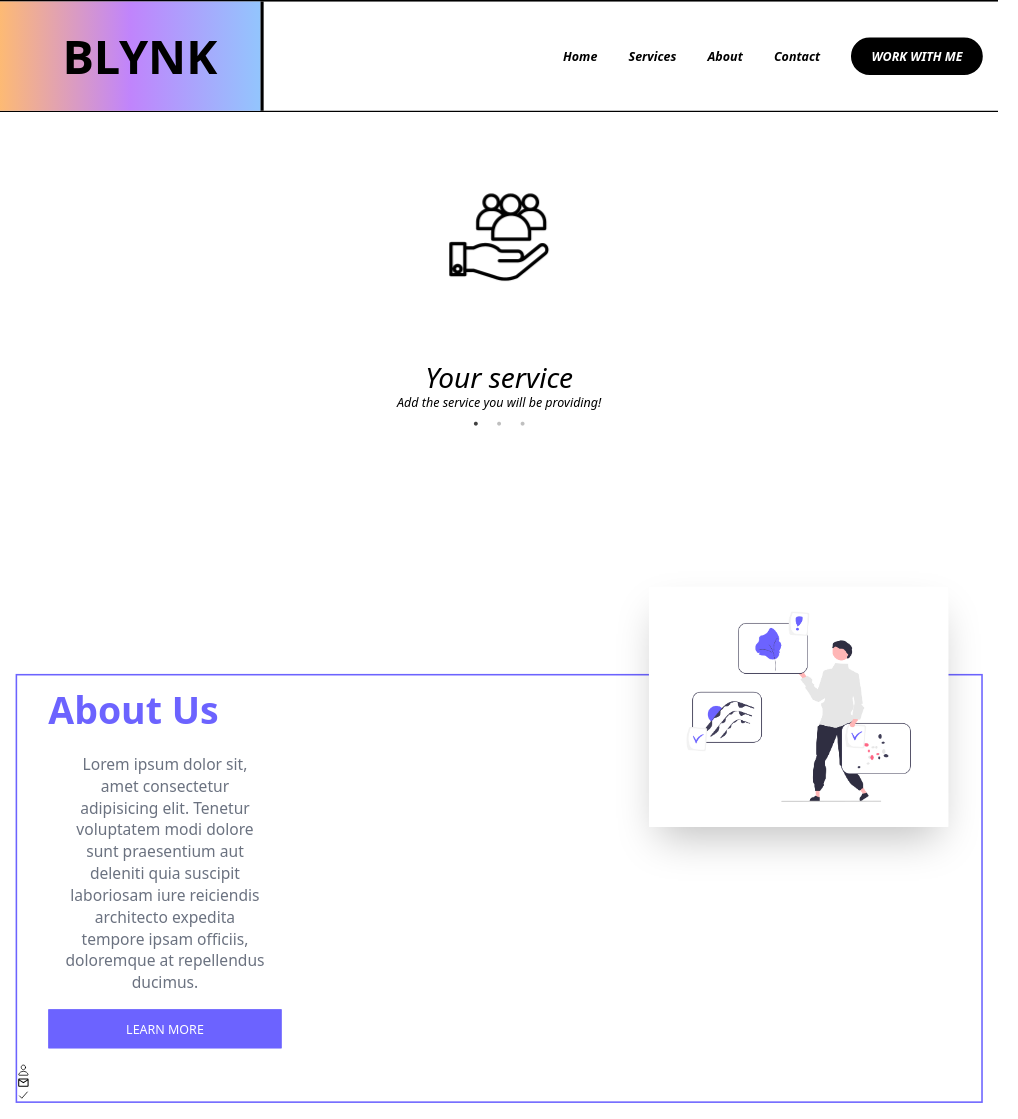
Repository: Al123Kudayyd/eportfolio
Page: /
An editor plug-in stored every save of this project. The page is shown before and after the next save, followed by the edit.
The browser window is 1280 px wide. The page is 1305 px wide, so the pictures cover 1305 px, including what lies to the right of the window. The pictures show the whole page, at 78% of full size.
The project was rebuilt for these pictures with package versions that can differ from the ones it lists, and the page was loaded fresh each time.

Above is the page before, as saved 2024-02-27 07:58:51.

### src/App.js
import logo from './logo.svg';
import './App.css';
import Nav from './components/Nav';
import Services from './components/Services';
import About from './components/About';

function App() {
  return (
    <div className="App">
      <Nav />
      <Services />
      <About />
    </div>
  );
}

export default App;

### src/components/Nav.jsx
import React from 'react'

function Nav() {
  return (
    <div className=' border-y-2 border-black sticky top-0 z-10'>
        <div className='flex justify-between'>
            <h1 className='font-bold py-10 pl-20 lg:text-6xl text-4xl border-r-4 pr-14 border-black bg-gradient-to-r from-orange-300 via-purple-400 to-blue-300'>BLYNK</h1>
            <ul className='italic hidden lg:flex justify-center items-center space-x-10 cursor-pointer mx-5 text-md font-semibold transp'>
                <li className='hover:text-gray-500 transition-all duration-300 '>Home</li>
                <li className='hover:text-gray-500 transition-all duration-300'>Services</li>
                <li className='hover:text-gray-500 transition-all duration-300'>About</li>
                <li className='hover:text-gray-500 transition-all duration-300'>Contact</li>
                <li className='bg-black text-white px-6 py-[10px] border-2 border-black hover:bg-white rounded-3xl
                hover:text-black transition-all duration-300'>
                    WORK WITH ME
                </li>
            </ul>
        </div>
    </div>
  )
}

export default Nav

### src/components/Services.jsx
import React from 'react'
import "slick-carousel/slick/slick.css";
import "slick-carousel/slick/slick-theme.css";
import Slider from "react-slick";
import service from '../assests/service.png'
import service1 from '../assests/service1.png'
import service2 from '../assests/service2.png'

function Services() {
  var settings = {
    dots: true,
    infinite: true,
    speed: 500,
    slidesToShow: 1,
    slidesToScroll: 1,
  };

  return (
    <div className=''>
        <div className='min-h-[400px] lg:min-h-[700px] text-center '>
        <Slider className='text-black  italic' {...settings}>
      <div className='relative'>
        <img src={service} className='w-1/4 translate-x-[150%]' alt="" />
        <h1 className='text-4xl'>Your service</h1>
        <p className='text-md'>Add the service you will be providing!</p>
      </div>
      <div>
        <img src={service1} className='w-1/4 translate-x-[150%]' alt="" />
        <h3 className='text-4xl'>Your Serivce</h3>
        <p className='text-md'>Add the service you will be providing!</p>
      </div>
      <div>
        <img src={service2} className='w-1/4 translate-x-[150%]' alt="" />
        <h3 className='text-4xl'>Your Serivce</h3>
        <p className='text-md'>Add the service you will be providing!</p>
      </div>
      </Slider>
        </div>
    </div>
  )
}

export default Services

### src/components/About.jsx
import React from 'react'
import about from '../assests/about.png'
import AboutService from './AboutService'

function About() {
  return (
    <div className='relative '>
      <div className='relative border-2 border-[#6C63FF] m-5'>
        <div className='pl-10 flex flex-col'>
            <h1 className='text-center absolute  text-[#6C63FF] pt-5 text-5xl font-bold '>
                About Us
            </h1>
            <p className='md:w-1/2 lg:w-1/4 mt-20 text-xl text-gray-500 p-5'>Lorem ipsum dolor sit, amet consectetur adipisicing elit. Tenetur voluptatem modi dolore sunt praesentium aut deleniti quia suscipit laboriosam iure reiciendis architecto expedita tempore ipsam officiis, doloremque at repellendus ducimus.</p>
            <button className='bg-[#6C63FF] text-white border border-[#6C63FF] px-7 py-3 mb-5 hover:bg-white
            hover:text-[#6C63FF] transitio duration-300 w-1/4'>
              LEARN MORE
            </button>
        </div>
        <AboutService />
        </div>

        <img src={about} className='absolute -top-28 w-[45%] lg:w-[30%] shadow-2xl right-4 lg:right-16' />
    </div>
  )
}

export default About

### src/components/AboutService.js
import React from 'react'
import { IoPersonOutline } from "react-icons/io5";
import { MdOutlineEmail } from "react-icons/md";
import { IoCheckmarkOutline } from "react-icons/io5";


function AboutService() {
  return (
    <div>
        <div>
            <div>
                <IoPersonOutline />
                <p></p>
            </div>
            <div>
                <MdOutlineEmail />
            </div>
            <div>
                <IoCheckmarkOutline />
                <p></p>
            </div>
        </div>
    </div>
  )
}

export default AboutService

### tailwind.config.js
/** @type {import('tailwindcss').Config} */
module.exports = {
  content: [
    "./src/App.js.{js,jsx,ts,tsx}",
    "./src/components/Nav.{js,jsx,ts,tsx}",
    "./src/components/Services.{js,jsx,ts,tsx}",
    "./src/components/About.{js,jsx,ts,tsx}"
],
  theme: {
    extend: {},
  },
  plugins: [],
}

Loaded but not shown: public/index.html (common file); src/index.js (common file); src/index.css (common file); src/reportWebVitals.js (common file); src/App.css (common file)

After the next save:
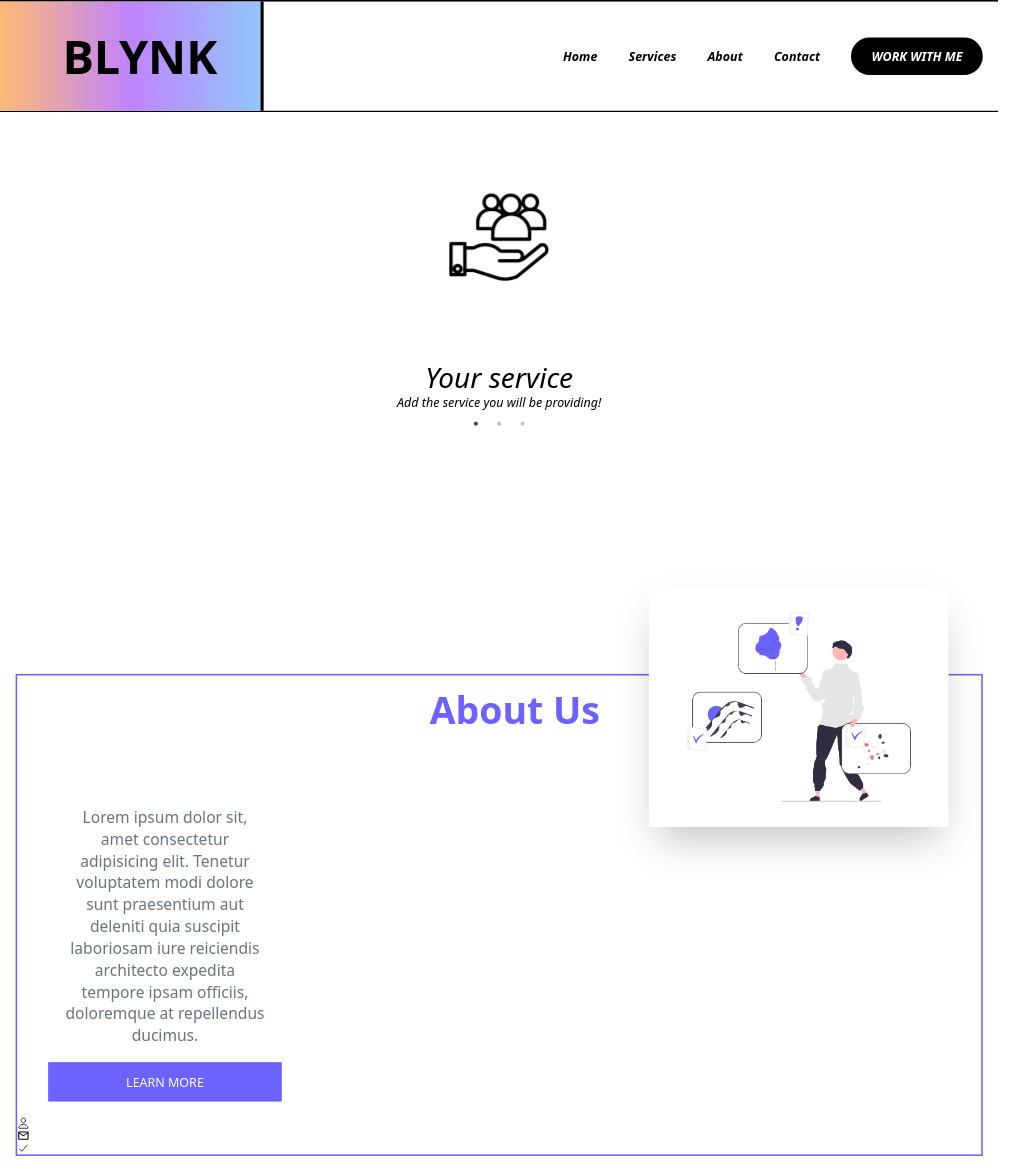
Saved 19 s later.
--- a/src/components/About.jsx
+++ b/src/components/About.jsx
@@ -7,7 +7,7 @@ function About() {
     <div className='relative '>
       <div className='relative border-2 border-[#6C63FF] m-5'>
         <div className='pl-10 flex flex-col'>
-            <h1 className='text-center absolute  text-[#6C63FF] pt-5 text-5xl font-bold '>
+            <h1 className='text-center text-[#6C63FF] pt-5 text-5xl font-bold '>
                 About Us
             </h1>
             <p className='md:w-1/2 lg:w-1/4 mt-20 text-xl text-gray-500 p-5'>Lorem ipsum dolor sit, amet consectetur adipisicing elit. Tenetur voluptatem modi dolore sunt praesentium aut deleniti quia suscipit laboriosam iure reiciendis architecto expedita tempore ipsam officiis, doloremque at repellendus ducimus.</p>
